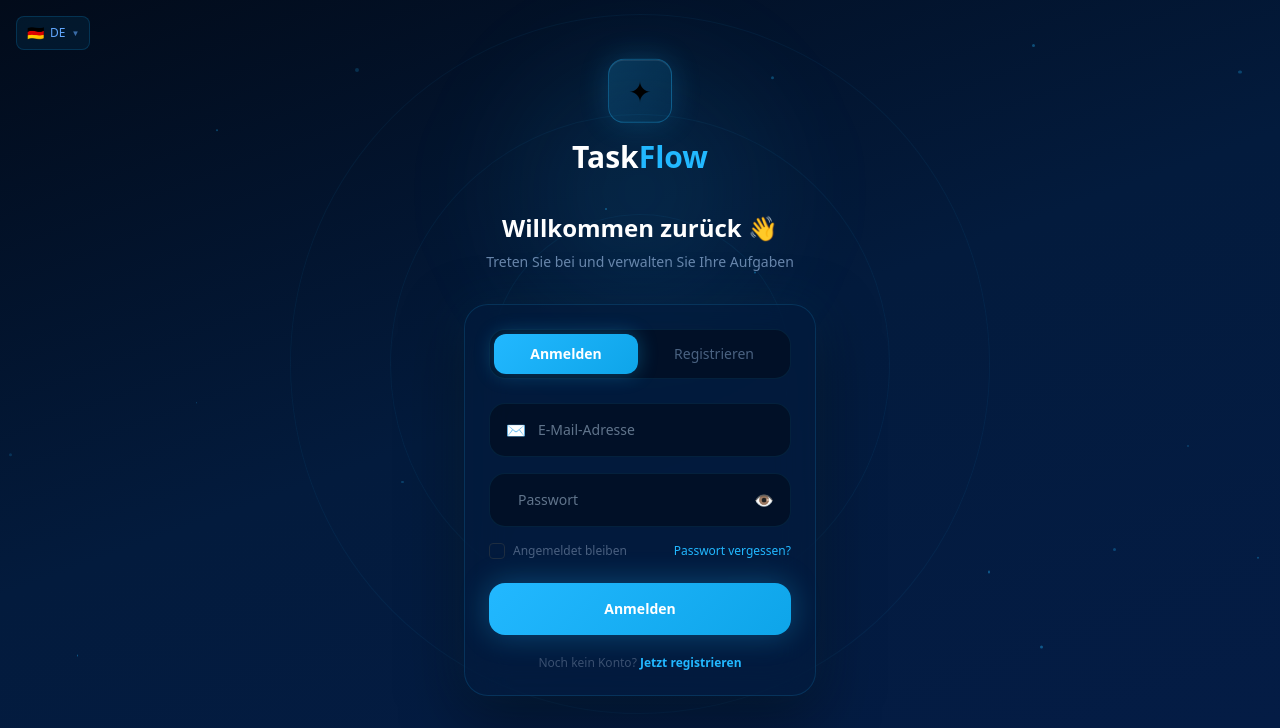
Repository: IssamSaed98/TaskManager.Frontend
Page: /
The author's editor kept a copy of each file at every save. The page is drawn from the files as they stood at one save, then again after the next save.
The browser window is 1280 px wide. The pictures show the whole page.
The project was rebuilt for these pictures with package versions that can differ from the ones it lists, and the page was loaded fresh each time. Also part of the build but not shown: vite.config.js, src/pages/Register.jsx, src/pages/AdminDashboard.jsx, src/components/TaskForm.jsx, src/components/TaskCard.jsx, src/components/KanbanBoard.jsx.

Above is the page before, as saved 2026-06-01 14:31:00.

After the next save:
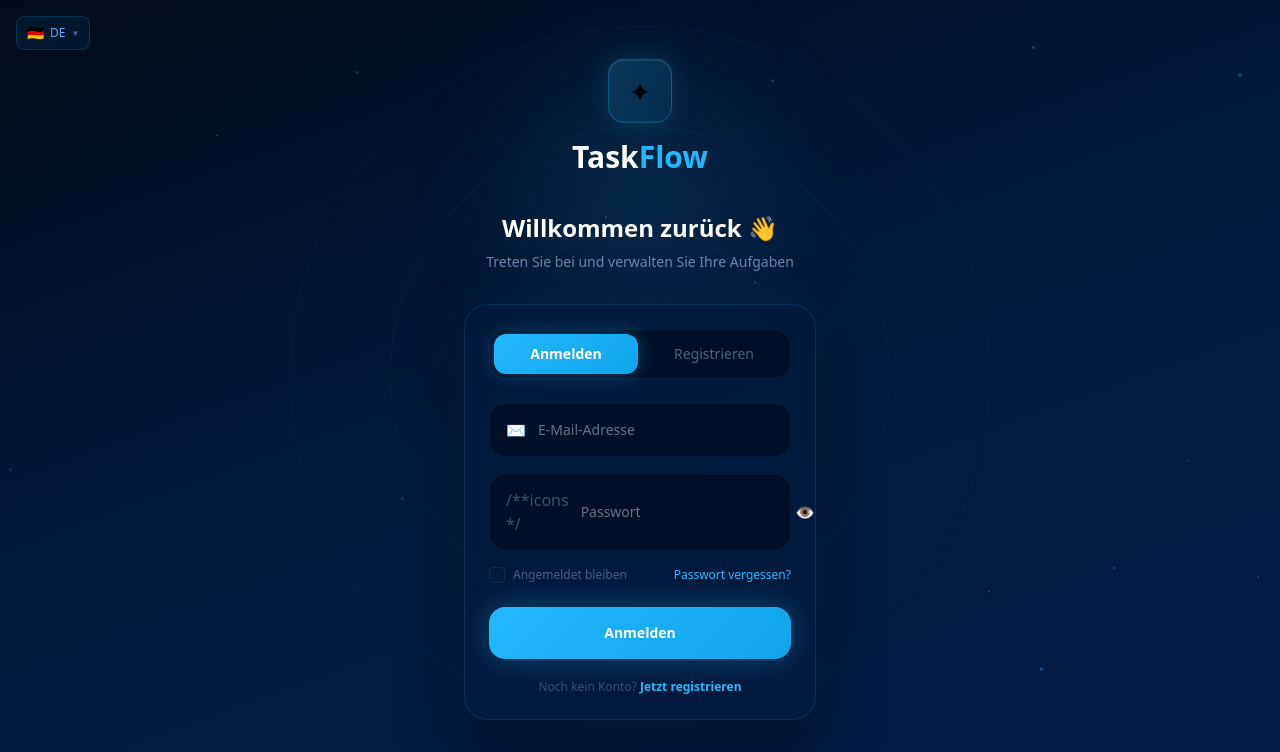
Saved 46 s later.
--- a/src/pages/Login.jsx
+++ b/src/pages/Login.jsx
@@ -186,7 +186,7 @@
     }}
   >
     <span style={{ color: focusedField === 'password' ? '#22B8FF' : '#3a5070' }}>
-      <a href="https://www.flaticon.com/free-icons/password" title="password icons"></a>
+      <a href="https://www.flaticon.com/free-icons/password" title="password icons"></a>/**icons */
       </span>
     <input
       type={showPassword ? 'text' : 'password'}

After the save that followed:
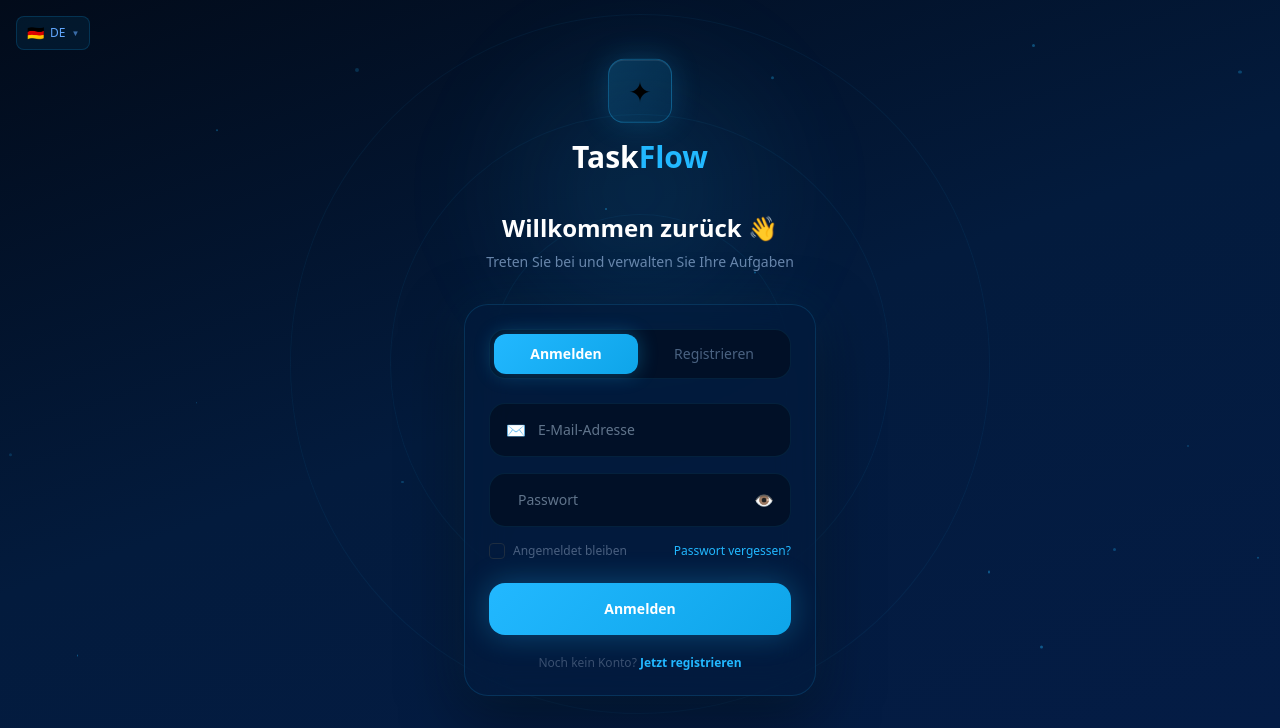
Saved 5 s later.
--- a/src/pages/Login.jsx
+++ b/src/pages/Login.jsx
@@ -186,7 +186,7 @@
     }}
   >
     <span style={{ color: focusedField === 'password' ? '#22B8FF' : '#3a5070' }}>
-      <a href="https://www.flaticon.com/free-icons/password" title="password icons"></a>/**icons */
+      <a href="https://www.flaticon.com/free-icons/password" title="password icons"></a>
       </span>
     <input
       type={showPassword ? 'text' : 'password'}
